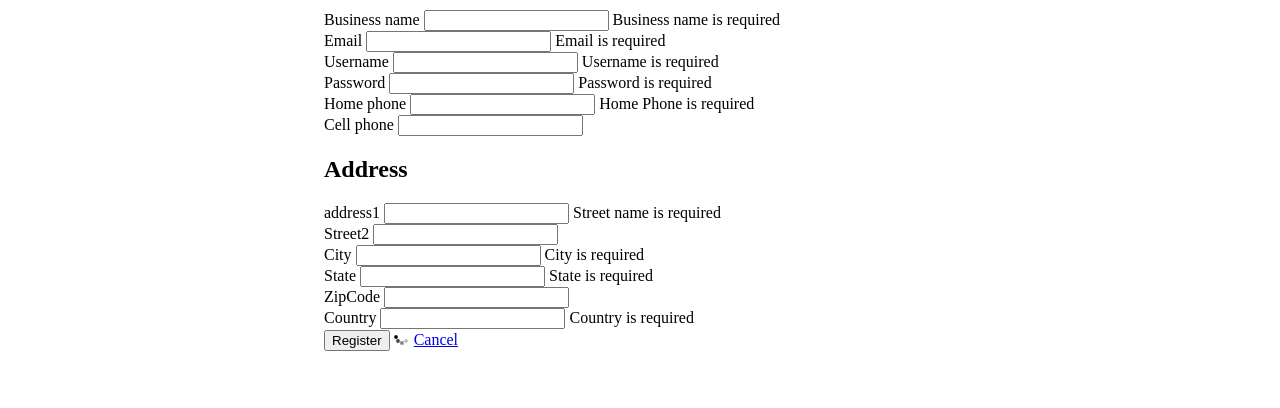
Repository: jsah9105/goandbook
Page: http://localhost/letgetbook/view/signup.jsp
These files come from the project's save history. The page is drawn as it stood at one moment and after the next save; the edit follows.
The browser window is 1280 px wide. The pictures show the whole page.
The page is served by Tomcat 9.

Above is the page before, as saved 2017-01-08 17:57:43.

After the next save:
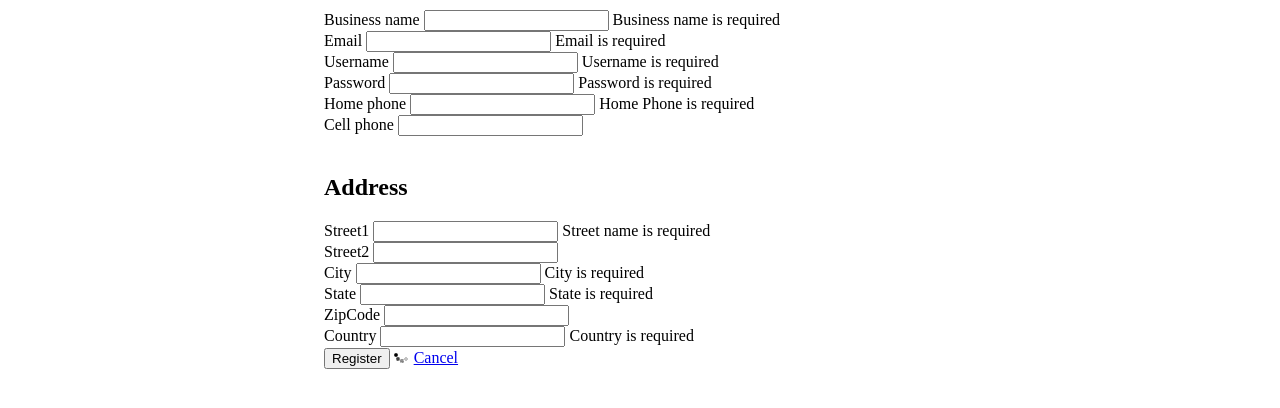
Saved 4 min 10 s later.
--- a/letgetbook/src/main/webapp/view/signup.jsp
+++ b/letgetbook/src/main/webapp/view/signup.jsp
@@ -9,60 +9,61 @@
     <form name="form" ng-submit="vm.register()" role="form">
         <div class="form-group" ng-class="{ 'has-error': form.businessName.$dirty && form.businessName.$error.required }">
             <label for="businessName">Business name</label>
-            <input type="text" name="businessName" id="businessName" class="form-control" ng-model="vm.user.businessName" required />
+            <input type="text" name="businessName" id="businessName" class="form-control" ng-model="vm.business.businessName" required />
             <span ng-show="form.businessName.$dirty && form.businessName.$error.required" class="help-block">Business name is required</span>
         </div>
         <div class="form-group" ng-class="{ 'has-error': form.email.$dirty && form.email.$error.required }">
             <label for="email">Email</label>
-            <input type="text" name="email" id="email" class="form-control" ng-model="vm.user.email" required />
+            <input type="text" name="email" id="email" class="form-control" ng-model="vm.business.email" required />
             <span ng-show="form.email.$dirty && form.email.$error.required" class="help-block">Email is required</span>
         </div>
         <div class="form-group" ng-class="{ 'has-error': form.username.$dirty && form.userName.$error.required }">
             <label for="userName">Username</label>
-            <input type="text" name="username" id="userName" class="form-control" ng-model="vm.user.userName" required />
+            <input type="text" name="username" id="userName" class="form-control" ng-model="vm.business.userName" required />
             <span ng-show="form.username.$dirty && form.userName.$error.required" class="help-block">Username is required</span>
         </div>
         <div class="form-group" ng-class="{ 'has-error': form.password.$dirty && form.password.$error.required }">
             <label for="password">Password</label>
-            <input type="password" name="password" id="password" class="form-control" ng-model="vm.user.password" required />
+            <input type="password" name="password" id="password" class="form-control" ng-model="vm.business.password" required />
             <span ng-show="form.password.$dirty && form.password.$error.required" class="help-block">Password is required</span>
         </div>
         <div class="form-group" ng-class="{ 'has-error': form.password.$dirty && form.password.$error.required }">
             <label for="phone">Home phone</label>
-            <input type="text" name="phone1" id="phone1" class="form-control" ng-model="vm.user.phone1" required />
+            <input type="text" name="phone1" id="phone1" class="form-control" ng-model="vm.business.phone1" required />
             <span ng-show="form.phone1.$dirty && form.phone1.$error.required" class="help-block">Home Phone is required</span>
         </div>
          <div class="form-group" ng-class="{ 'has-error': form.password.$dirty && form.password.$error.required }">
             <label for="phone">Cell phone</label>
-            <input type="text" name="phone1" id="phone1" class="form-control" ng-model="vm.user.phone1" />
+            <input type="text" name="phone1" id="phone1" class="form-control" ng-model="vm.business.phone2" />
         </div>
+        <br>
   <h2> Address</h2>
         <div class="form-group" ng-class="{ 'has-error': form.street1.$dirty && form.street1.$error.required }">
-            <label for="street1">address1</label>
-            <input type="text" name="address1" id="street1" class="form-control" ng-model="vm.vendor.street1" required />
+            <label for="street1">Street1</label>
+            <input type="text" name="address1" id="street1" class="form-control" ng-model="vm.business.address1" required />
             <span ng-show="form.street1.$dirty && form.street1.$error.required" class="help-block">Street name is required</span>
         </div>
         <div class="form-group" >
             <label for="street2">Street2</label>
-            <input type="text" name="address2" id="street2" class="form-control" ng-model="vm.vendor.street2"  />
+            <input type="text" name="address2" id="street2" class="form-control" ng-model="vm.business.address2"  />
         </div>
         <div class="form-group" ng-class="{ 'has-error': form.city.$dirty && form.city.$error.required }">
             <label for="city">City</label>
-            <input type="text" name="city" id="city" class="form-control" ng-model="vm.vendor.city" required />
+            <input type="text" name="city" id="city" class="form-control" ng-model="vm.business.city" required />
             <span ng-show="form.city.$dirty && form.city.$error.required" class="help-block">City is required</span>
         </div>
         <div class="form-group" ng-class="{ 'has-error': form.state.$dirty && form.state.$error.required }">
             <label for="state">State</label>
-            <input type="text" name="state" id="state" class="form-control" ng-model="vm.vendor.state" required />
+            <input type="text" name="state" id="state" class="form-control" ng-model="vm.business.state" required />
             <span ng-show="form.state.$dirty && form.state.$error.required" class="help-block">State is required</span>
         </div>
         <div class="form-group" >
             <label for="zipcode">ZipCode </label>
-            <input type="text" name="zipCode" id="zipcode" class="form-control" ng-model="vm.vendor.zipCode"  />
+            <input type="text" name="zipCode" id="zipcode" class="form-control" ng-model="vm.business.zipCode"  />
         </div>
         <div class="form-group" ng-class="{ 'has-error': form.zpostalCode.$dirty && form.postalCode.$error.required }">
             <label for="country">Country</label>
-            <input type="text" name="country" id="country" class="form-control" ng-model="vm.vendor.country" required />
+            <input type="text" name="country" id="country" class="form-control" ng-model="vm.business.country" required />
              <span ng-show="form.country.$dirty && form.country.$error.required" class="help-block">Country is required</span>
         </div>
         <div class="form-actions">
